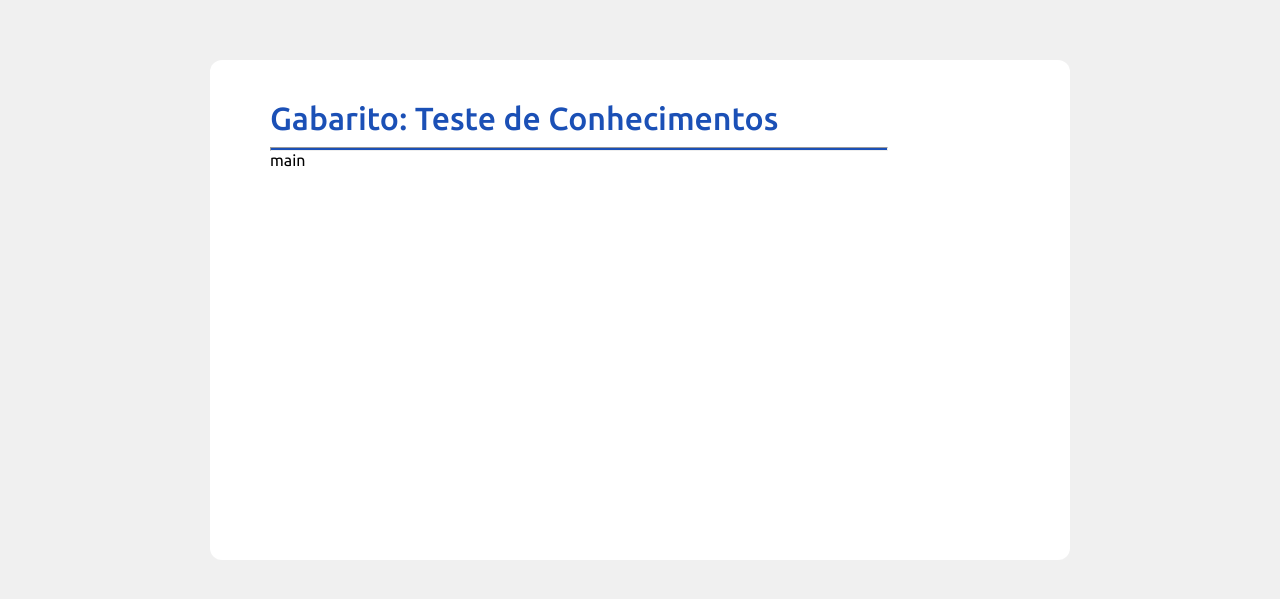
Repository: Delei09/desafioPerguntas
Page: / (app in frontend/)
These files come from the project's save history. The page is drawn as it stood at one moment and after the next save; the edit follows.
The browser window is 1280 px wide. The pictures show the whole page.
The project was rebuilt for these pictures with package versions that can differ from the ones it lists, and the page was loaded fresh each time.

Above is the page before, as saved 2021-08-18 09:05:59.

After the next save:
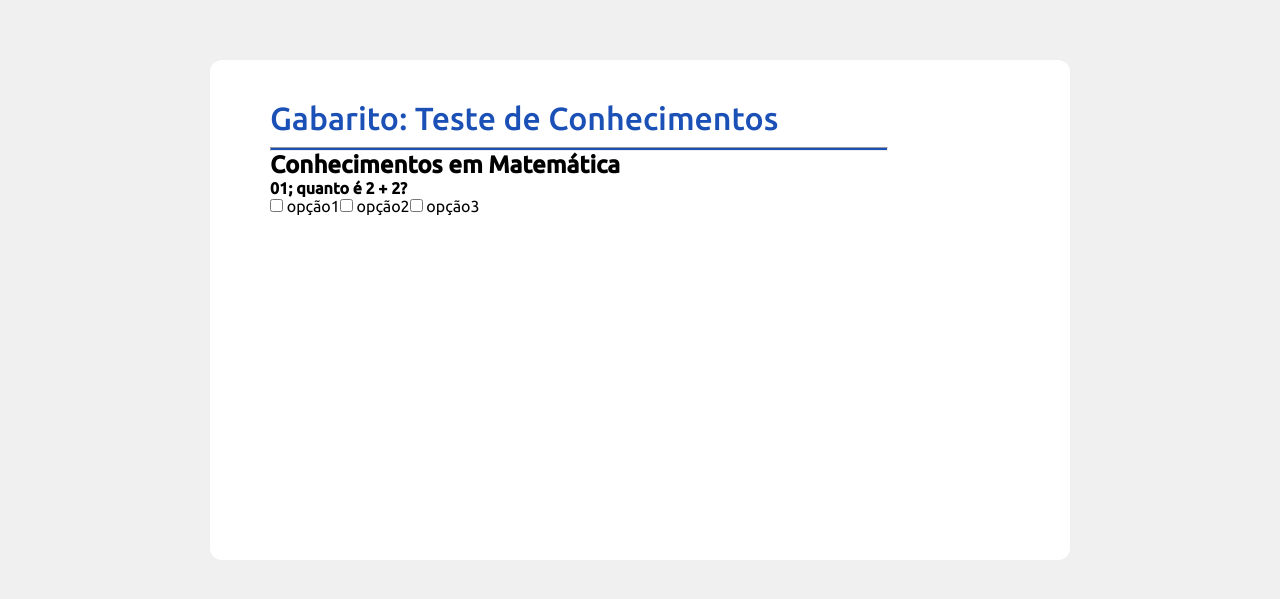
Saved 3 min 3 s later.
--- a/frontend/src/components/Main.tsx
+++ b/frontend/src/components/Main.tsx
@@ -1,11 +1,15 @@
 import React from 'react';
 
+type mainType = {
+ title : string
+}
 
-const Main = () => {
+
+const Main: React.FC<mainType> = ({...props}) => {
 
  return(
   <main>
-   main
+   {props.children}
   </main>
  )
 } ;
